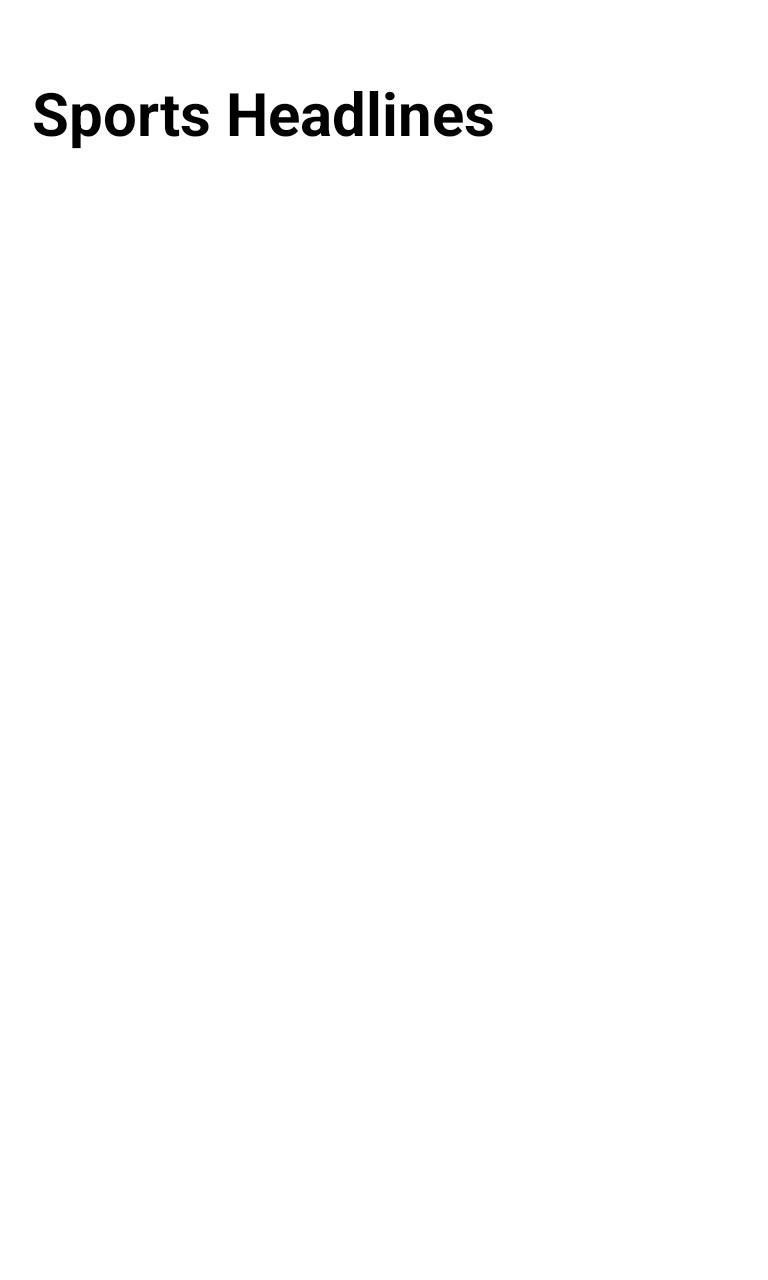
Repository: jbentley313/java2_Bentley2
Layout: sportsHeadlines/res/layout/activity_main.xml
An editor plug-in stored every save of this project. The layout is shown before and after the next save, followed by the edit.
It is drawn on a 768 x 1280 px phone screen (xhdpi) without system bars, with theme AppTheme; the app's code is not run.

Above is the layout before, as saved 2014-01-07 22:33:13.

### sportsHeadlines/res/layout/activity_main.xml
<RelativeLayout xmlns:android="http://schemas.android.com/apk/res/android"
    xmlns:tools="http://schemas.android.com/tools"
    android:layout_width="match_parent"
    android:layout_height="match_parent"
    android:paddingBottom="@dimen/activity_vertical_margin"
    android:paddingLeft="@dimen/activity_horizontal_margin"
    android:paddingRight="@dimen/activity_horizontal_margin"
    android:paddingTop="@dimen/activity_vertical_margin"
    tools:context=".MainActivity" >

    <TextView
        android:layout_width="wrap_content"
        android:layout_height="wrap_content"
        android:text="@string/sports_headlines"
        style="@style/TitleStyle"/>

</RelativeLayout>

### sportsHeadlines/res/values/styles.xml
<resources xmlns:android="http://schemas.android.com/apk/res/android">

    <!--
        Base application theme, dependent on API level. This theme is replaced
        by AppBaseTheme from res/values-vXX/styles.xml on newer devices.
    -->
    <style name="AppBaseTheme" parent="android:Theme.Light">
        <!--
            Theme customizations available in newer API levels can go in
            res/values-vXX/styles.xml, while customizations related to
            backward-compatibility can go here.
        -->
    </style>

    <!-- Application theme. -->
    <style name="AppTheme" parent="AppBaseTheme">
        <!-- All customizations that are NOT specific to a particular API-level can go here. -->
    </style>

    <style name="TitleStyle">
        <item name="android:textStyle">bold</item>
        <item name="android:textColor">@android:color/black</item>
        <item name="android:textSize">30sp</item>
        <item name="android:paddingTop">20sp</item>
    </style>

</resources>

### sportsHeadlines/res/values/strings.xml
<?xml version="1.0" encoding="utf-8"?>
<resources>

    <string name="app_name">sportsHeadlines</string>
    <string name="action_settings">Settings</string>
    <string name="hello_world">Hello world!</string>
    <string name="sports_headlines">Sports Headlines</string>

</resources>

Loaded but not shown: sportsHeadlines/res/values-v11/styles.xml (common file); sportsHeadlines/res/values-v14/styles.xml (common file); sportsHeadlines/res/values/dimens.xml (common file)

After the next save:
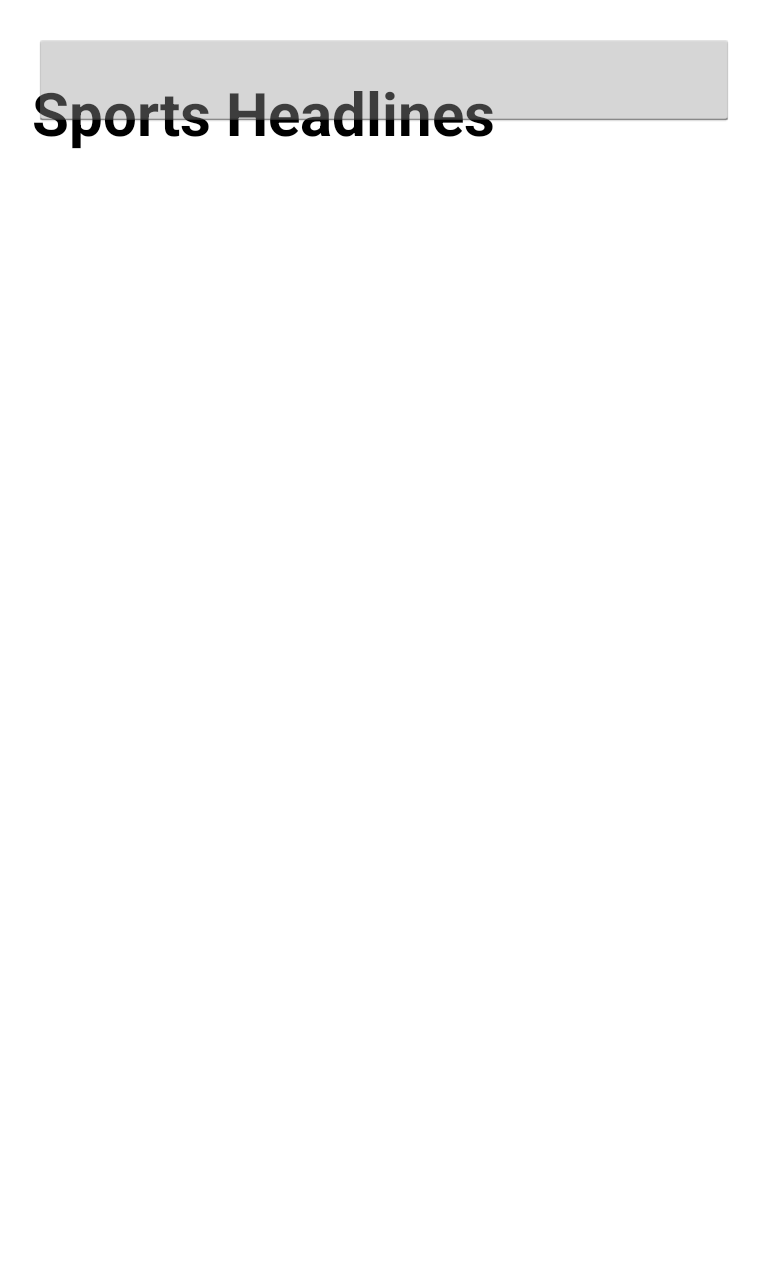
Saved 77 min 25 s later.
--- a/sportsHeadlines/res/layout/activity_main.xml
+++ b/sportsHeadlines/res/layout/activity_main.xml
@@ -14,4 +14,9 @@
         android:text="@string/sports_headlines"
         style="@style/TitleStyle"/>
 
+    <Button
+        android:layout_width="fill_parent"
+        android:layout_height="wrap_content"
+        />
+
 </RelativeLayout>
